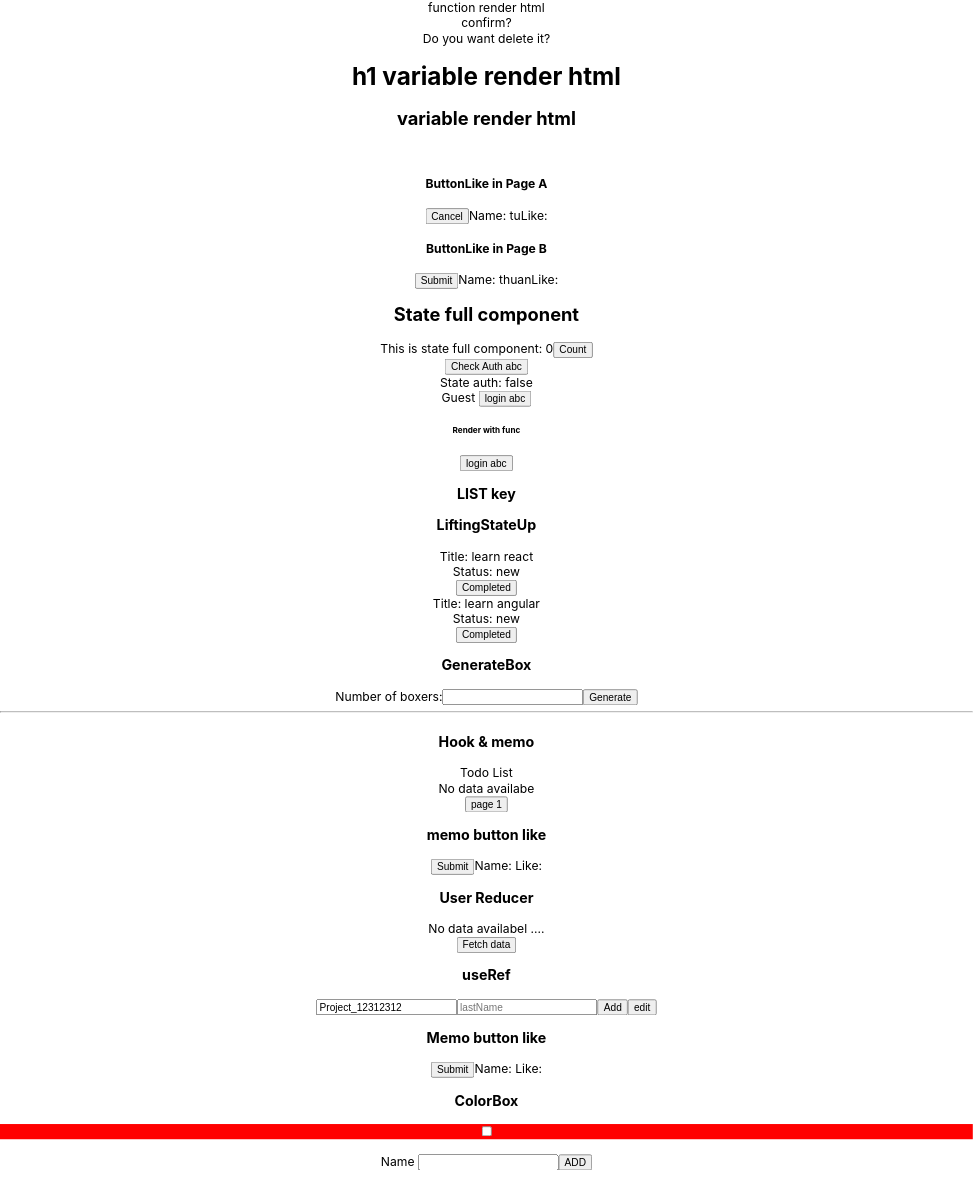
Repository: HoangTu18/reactjs-exercise
Page: /
These files come from the project's save history. The page is drawn as it stood at one moment and after the next save; the edit follows.
The browser window is 1280 px wide. The pictures show the whole page, at 76% of full size.
The page's requests for data from a server got no answer. The project was rebuilt for these pictures with package versions that can differ from the ones it lists, and the page was loaded fresh each time. No one was signed in, and anything a server would have sent is missing. Also part of the build but not shown: src/pages/StateObject.jsx, src/components/GenerateBox/GenerateBoxItem.jsx.

Above is the page before, as saved 2022-06-15 15:33:37.

After the next save:
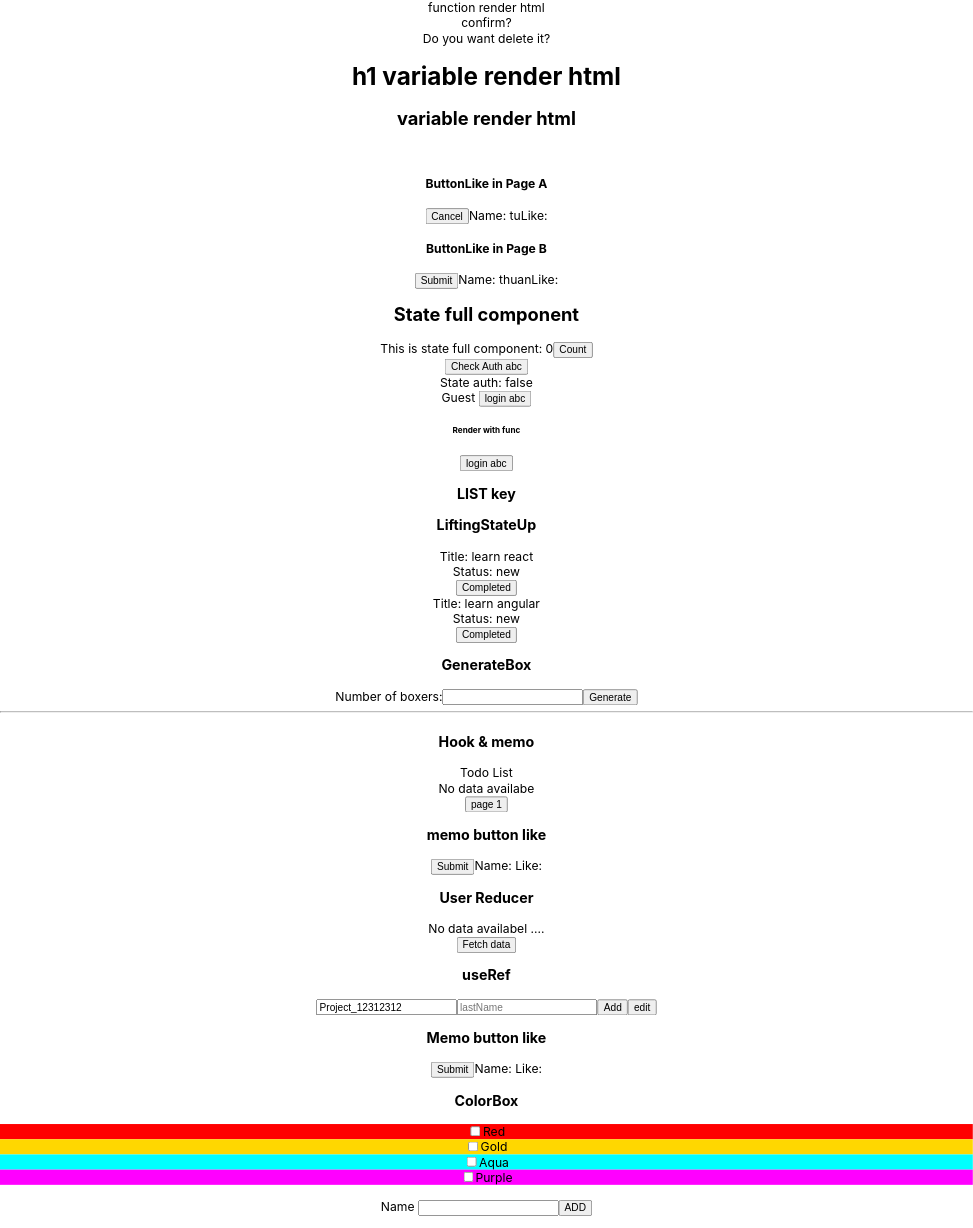
Saved 1 s later.
--- a/src/exercise/ColorBox.jsx
+++ b/src/exercise/ColorBox.jsx
@@ -36,11 +36,39 @@ function ColorBox(props) {
     <div className="container">
       <div style={{ background: color["red"] }}>
         <input
-          type={"checkbox"}
-          name={color}
+          type="checkbox"
+          name="color"
           checked={checked === "red"}
           onChange={(e) => onChange(e, "red")}
         />
+        Red
+      </div>
+      <div style={{ background: color["gold"] }}>
+        <input
+          type="checkbox"
+          name="color"
+          checked={checked === "gold"}
+          onChange={(e) => onChange(e, "gold")}
+        />
+        Gold
+      </div>
+      <div style={{ background: color["cyan"] }}>
+        <input
+          type="checkbox"
+          name="color"
+          checked={checked === "cyan"}
+          onChange={(e) => onChange(e, "cyan")}
+        />
+        Aqua
+      </div>
+      <div style={{ background: color["magenta"] }}>
+        <input
+          type="checkbox"
+          name="color"
+          checked={checked === "magenta"}
+          onChange={(e) => onChange(e, "magenta")}
+        />
+        Purple
       </div>
     </div>
   );
